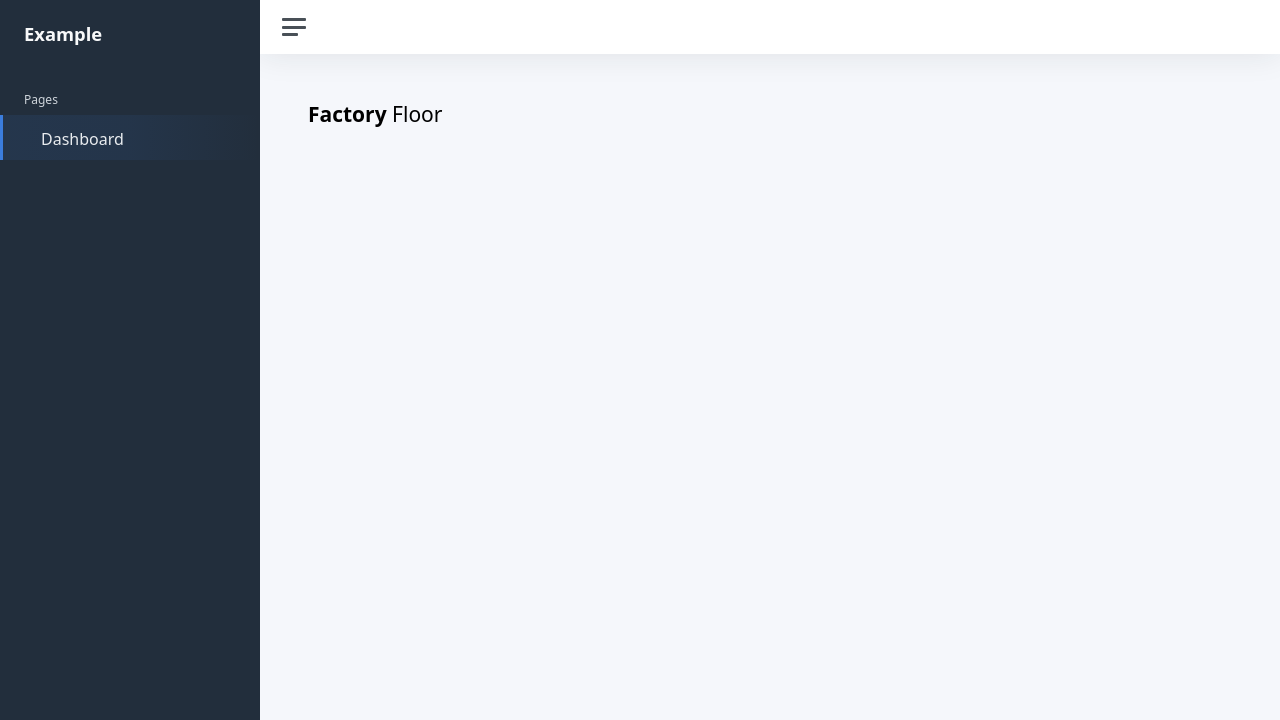
Repository: nick2price2003/rr-app
Page: /
These files come from the project's save history. The page is drawn as it stood at one moment and after the next save; the edit follows.
The browser window is 1280 px wide. The pictures show the whole page.
The project was rebuilt for these pictures with package versions that can differ from the ones it lists, and the page was loaded fresh each time. The framework's server and built-in components were replaced by stand-ins that run in the browser. Also part of the build but not shown: next.config.js.

Above is the page before, as saved 2022-10-11 12:55:36.

### pages/index.js
import Head from "next/head";

export default function Home() {
  return (
    <div>
      <Head>
        <title>RR Example</title>
        <meta name='description' content='Generated by create next app' />
        <link rel='icon' href='/favicon.ico' />
      </Head>

      <div className='wrapper'>
        <nav id='sidebar' className='sidebar js-sidebar'>
          <div className='sidebar-content js-simplebar'>
            <a className='sidebar-brand' href='index.html'>
              <span className='align-middle'>Example</span>
            </a>

            <ul className='sidebar-nav'>
              <li className='sidebar-header'>Pages</li>

              <li className='sidebar-item active'>
                <a className='sidebar-link' href='index.html'>
                  <i className='align-middle' data-feather='sliders'></i>{" "}
                  <span className='align-middle'>Dashboard</span>
                </a>
              </li>
            </ul>
          </div>
        </nav>

        <div className='main'>
          <nav className='navbar navbar-expand navbar-light navbar-bg'>
            <a className='sidebar-toggle js-sidebar-toggle'>
              <i className='hamburger align-self-center'></i>
            </a>
          </nav>
          <main className='content'>
            <div className='container-fluid p-0'>
              <h1 className='h3 mb-3'>
                <strong>Factory</strong> Floor
              </h1>
              <div class="row">
						<div class="col-xl-6 col-xxl-5 d-flex">
							<div class="w-100">
                </div>
                </div>
              </div>
            </div>
          </main>
        </div>
      </div>
    </div>
  );
}

Loaded but not shown: pages/_app.js (common file); styles/globals.css (library)

After the next save:
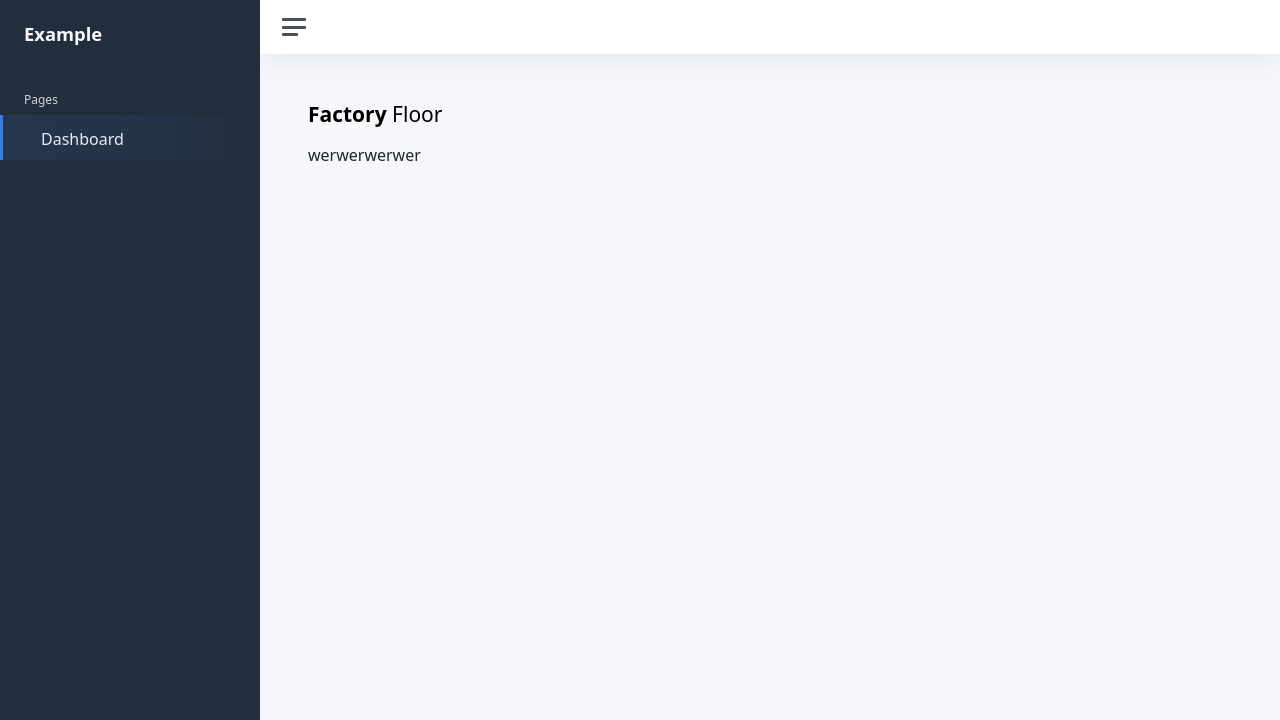
Saved 5 s later.
--- a/pages/index.js
+++ b/pages/index.js
@@ -40,10 +40,9 @@ export default function Home() {
               <h1 className='h3 mb-3'>
                 <strong>Factory</strong> Floor
               </h1>
-              <div class="row">
-						<div class="col-xl-6 col-xxl-5 d-flex">
-							<div class="w-100">
-                </div>
+              <div class='row'>
+                <div class='col-xl-6 col-xxl-5 d-flex'>
+                  <div class='w-100'>werwerwerwer</div>
                 </div>
               </div>
             </div>
